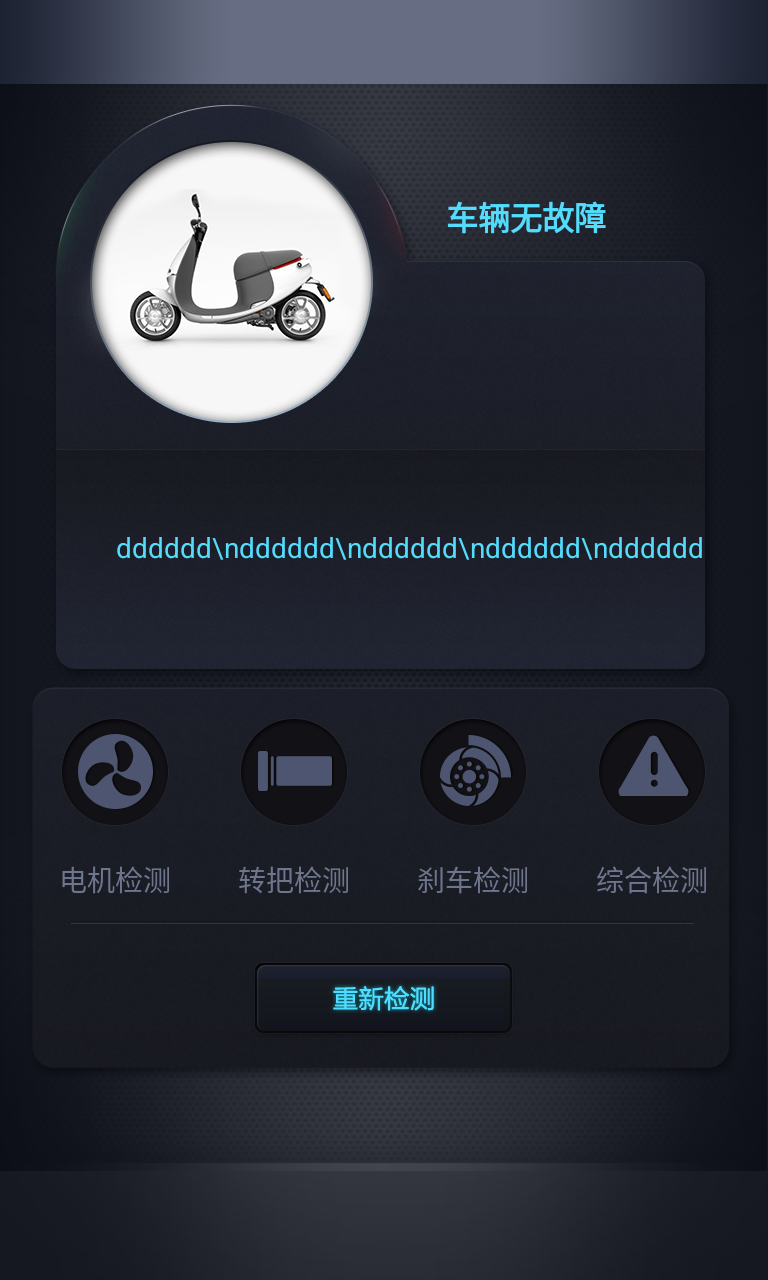
Repository: dongerqiang/Ab_YuanDun
Layout: WangCar/res/layout/activity_car_check_layout.xml
An editor plug-in stored every save of this project. The layout is shown before and after the next save, followed by the edit.
It is drawn on a 768 x 1280 px phone screen (xhdpi) without system bars, with theme android:Theme.Black.NoTitleBar; the app's code is not run.

Above is the layout before, as saved 2017-06-24 12:43:30.

### WangCar/res/layout/activity_car_check_layout.xml
<?xml version="1.0" encoding="utf-8"?>
<RelativeLayout xmlns:android="http://schemas.android.com/apk/res/android"
    android:layout_width="match_parent"
    android:layout_height="match_parent"
    android:background="@drawable/icon_window_bg" >

    <include
        android:id="@+id/titleLayout"
        layout="@layout/title_bar_layout" />

    <LinearLayout
        android:layout_width="match_parent"
        android:layout_height="wrap_content"
        android:layout_below="@id/titleLayout"
        android:orientation="vertical"
        android:paddingTop="8dp"
        >

        <FrameLayout
            android:layout_width="match_parent"
            android:layout_height="wrap_content" >

            <ImageView
                android:layout_width="wrap_content"
                android:layout_height="wrap_content"
                android:layout_gravity="center"
                android:src="@drawable/icon_check_top_bg" />

            <TextView
                android:id="@+id/asrTv"
                android:layout_width="wrap_content"
                android:layout_height="wrap_content"
                android:layout_gravity="left|center_vertical"
                android:layout_marginTop="78dp"
                android:layout_marginLeft="58dp"
                android:textColor="#54dcfd"
                android:textSize="14sp"
                android:text="dddddd\ndddddd\ndddddd\ndddddd\ndddddd"
                 />

            <TextView
                android:id="@+id/checkItemTv"
                android:layout_width="143dp"
                android:layout_height="wrap_content"
                android:layout_gravity="right"
                android:layout_marginRight="18dp"
                android:layout_marginTop="46dp"
                android:gravity="left"
                android:text="车辆无故障"
                android:textColor="#54dcfd"
                android:textSize="16sp"
                android:textStyle="bold" />

        </FrameLayout>

        <FrameLayout
            android:layout_width="match_parent"
            android:layout_height="wrap_content"
            android:orientation="vertical" >

            <ImageView
                android:layout_width="wrap_content"
                android:layout_height="200dp"
                android:layout_marginLeft="13dp"
                android:layout_marginRight="13dp"
                android:scaleType="fitXY"
                android:src="@drawable/icon_check_btn_bg" />

            <LinearLayout
                android:layout_width="match_parent"
                android:layout_height="wrap_content"
                android:orientation="horizontal"
                android:paddingLeft="13dp"
                android:paddingRight="13dp"
                android:paddingTop="10dp" >

                <LinearLayout
                    android:layout_width="0dp"
                    android:layout_height="wrap_content"
                    android:layout_weight="1"
                    android:gravity="center"
                    android:orientation="vertical" >

                    <FrameLayout
                        android:layout_width="wrap_content"
                        android:layout_height="70dp" >

                        <ImageView
                            android:id="@+id/djScaleImg"
                            android:layout_width="wrap_content"
                            android:layout_height="wrap_content"
                            android:layout_gravity="center"
                            android:src="@drawable/icon_check_scale"
                            android:visibility="invisible" />

                        <ImageView
                            android:id="@+id/djImg"
                            android:layout_width="wrap_content"
                            android:layout_height="wrap_content"
                            android:layout_gravity="center"
                            android:src="@drawable/icon_check_motor_d" />
                    </FrameLayout>

                    <TextView
                        android:layout_width="wrap_content"
                        android:layout_height="wrap_content"
                        android:paddingTop="8dp"
                        android:text="电机检测"
                        android:textColor="#6e768d"
                        android:textSize="14sp" />
                </LinearLayout>

                <LinearLayout
                    android:layout_width="0dp"
                    android:layout_height="wrap_content"
                    android:layout_weight="1"
                    android:gravity="center"
                    android:orientation="vertical" >

                    <FrameLayout
                        android:layout_width="wrap_content"
                        android:layout_height="70dp" >

                        <ImageView
                            android:id="@+id/zbScaleImg"
                            android:layout_width="wrap_content"
                            android:layout_height="wrap_content"
                            android:layout_gravity="center"
                            android:src="@drawable/icon_check_scale"
                            android:visibility="invisible" />

                        <ImageView
                            android:id="@+id/zbImg"
                            android:layout_width="wrap_content"
                            android:layout_height="wrap_content"
                            android:layout_gravity="center"
                            android:src="@drawable/icon_check_zb_d" />
                    </FrameLayout>

                    <TextView
                        android:layout_width="wrap_content"
                        android:layout_height="wrap_content"
                        android:paddingTop="8dp"
                        android:text="转把检测"
                        android:textColor="#6e768d"
                        android:textSize="14sp" />
                </LinearLayout>

                <LinearLayout
                    android:layout_width="0dp"
                    android:layout_height="wrap_content"
                    android:layout_weight="1"
                    android:gravity="center"
                    android:orientation="vertical" >

                    <FrameLayout
                        android:layout_width="wrap_content"
                        android:layout_height="70dp" >

                        <ImageView
                            android:id="@+id/scScaleImg"
                            android:layout_width="wrap_content"
                            android:layout_height="wrap_content"
                            android:layout_gravity="center"
                            android:src="@drawable/icon_check_scale"
                            android:visibility="invisible" />

                        <ImageView
                            android:id="@+id/scImg"
                            android:layout_width="wrap_content"
                            android:layout_height="wrap_content"
                            android:layout_gravity="center"
                            android:src="@drawable/icon_check_sc_d" />
                    </FrameLayout>

                    <TextView
                        android:layout_width="wrap_content"
                        android:layout_height="wrap_content"
                        android:paddingTop="8dp"
                        android:text="刹车检测"
                        android:textColor="#6e768d"
                        android:textSize="14sp" />
                </LinearLayout>

                <LinearLayout
                    android:layout_width="0dp"
                    android:layout_height="wrap_content"
                    android:layout_weight="1"
                    android:gravity="center"
                    android:orientation="vertical" >

                    <FrameLayout
                        android:layout_width="wrap_content"
                        android:layout_height="70dp" >

                        <ImageView
                            android:id="@+id/allScaleImg"
                            android:layout_width="wrap_content"
                            android:layout_height="wrap_content"
                            android:layout_gravity="center"
                            android:src="@drawable/icon_check_scale"
                            android:visibility="invisible" />

                        <ImageView
                            android:id="@+id/allImg"
                            android:layout_width="wrap_content"
                            android:layout_height="wrap_content"
                            android:layout_gravity="center"
                            android:src="@drawable/icon_check_all_d" />
                    </FrameLayout>

                    <TextView
                        android:layout_width="wrap_content"
                        android:layout_height="wrap_content"
                        android:paddingTop="8dp"
                        android:text="综合检测"
                        android:textColor="#6e768d"
                        android:textSize="14sp" />
                </LinearLayout>
            </LinearLayout>

            <ImageView
                android:id="@+id/repertImg"
                android:layout_width="wrap_content"
                android:layout_height="wrap_content"
                android:layout_gravity="center_horizontal|bottom"
                android:src="@drawable/selector_repert_check_btn"
                android:layout_marginBottom="22dp"
                />
        </FrameLayout>
    </LinearLayout>

</RelativeLayout>

### WangCar/res/layout/title_bar_layout.xml
<?xml version="1.0" encoding="utf-8"?>
<LinearLayout xmlns:android="http://schemas.android.com/apk/res/android"
    android:layout_width="match_parent"
    android:layout_height="wrap_content"
    android:orientation="vertical" >

    <FrameLayout
        android:layout_width="match_parent"
        android:layout_height="42dp"
        android:background="@drawable/icon_title_bg"
        android:orientation="horizontal" >

        <ImageView
            android:id="@+id/backImg"
            android:layout_width="48dp"
            android:layout_height="match_parent"
            android:layout_gravity="left|bottom"
            android:scaleType="center"
            android:src="@drawable/icon_back"
            android:visibility="gone"
             />

        <ImageView
            android:id="@+id/logImg"
            android:layout_width="wrap_content"
            android:layout_height="30dp"
            android:scaleType="centerInside"
            android:layout_gravity="center"
            android:visibility="gone"
            android:src="@drawable/opa"/>
        <TextView
            android:id="@+id/titleTv"
            android:layout_width="wrap_content"
            android:layout_height="wrap_content"
            android:layout_gravity="center"
            android:textColor="#54dcfd"
            android:textSize="16sp" />
    </FrameLayout>

</LinearLayout>

### WangCar/res/drawable/selector_repert_check_btn.xml
<?xml version="1.0" encoding="utf-8"?>
<selector xmlns:android="http://schemas.android.com/apk/res/android">

    <item android:drawable="@drawable/icon_repert_check" android:state_pressed="false"></item>
    <item android:state_pressed="true">
        <layer-list >
            <item android:drawable="@drawable/icon_repert_check"></item>
            <item >
                <shape >
                    <solid android:color="#7affffff"/>
                </shape>
            </item>
        </layer-list>
    </item>

</selector>

After the next save:
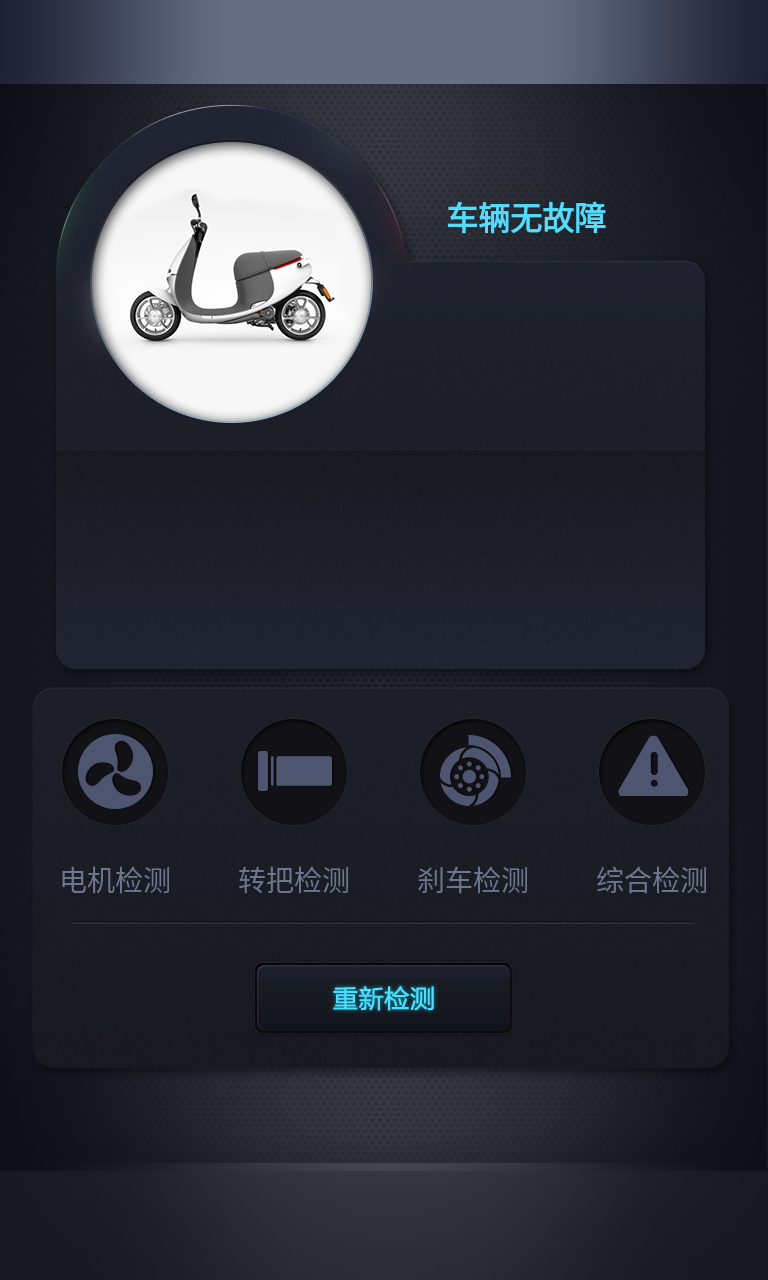
Saved 8 s later.
--- a/WangCar/res/layout/activity_car_check_layout.xml
+++ b/WangCar/res/layout/activity_car_check_layout.xml
@@ -35,7 +35,7 @@
                 android:layout_marginLeft="58dp"
                 android:textColor="#54dcfd"
                 android:textSize="14sp"
-                android:text="dddddd\ndddddd\ndddddd\ndddddd\ndddddd"
+
                  />
 
             <TextView
